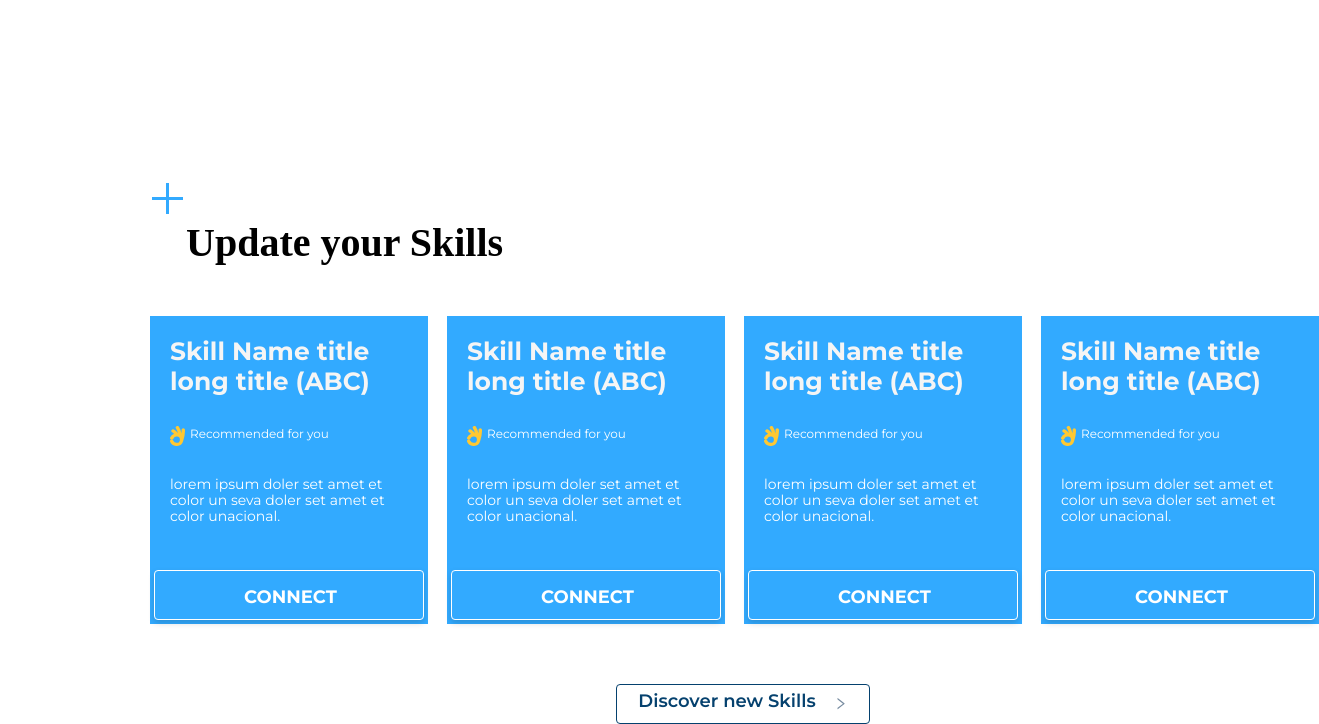
Repository: shekharyadav638/OSL_Assignment_1
Page: index.html
An editor plug-in stored every save of this project. The page is shown before and after the next save, followed by the edit.
The browser window is 1280 px wide. The page is 1319 px wide, so the pictures cover 1319 px, including what lies to the right of the window. The pictures show the whole page.
The style sheet was rebuilt from its Sass, Less or Tailwind sources for each picture, by a compiler version that may differ from the author's.

Above is the page before, as saved 2024-07-14 21:28:01.

After the next save:
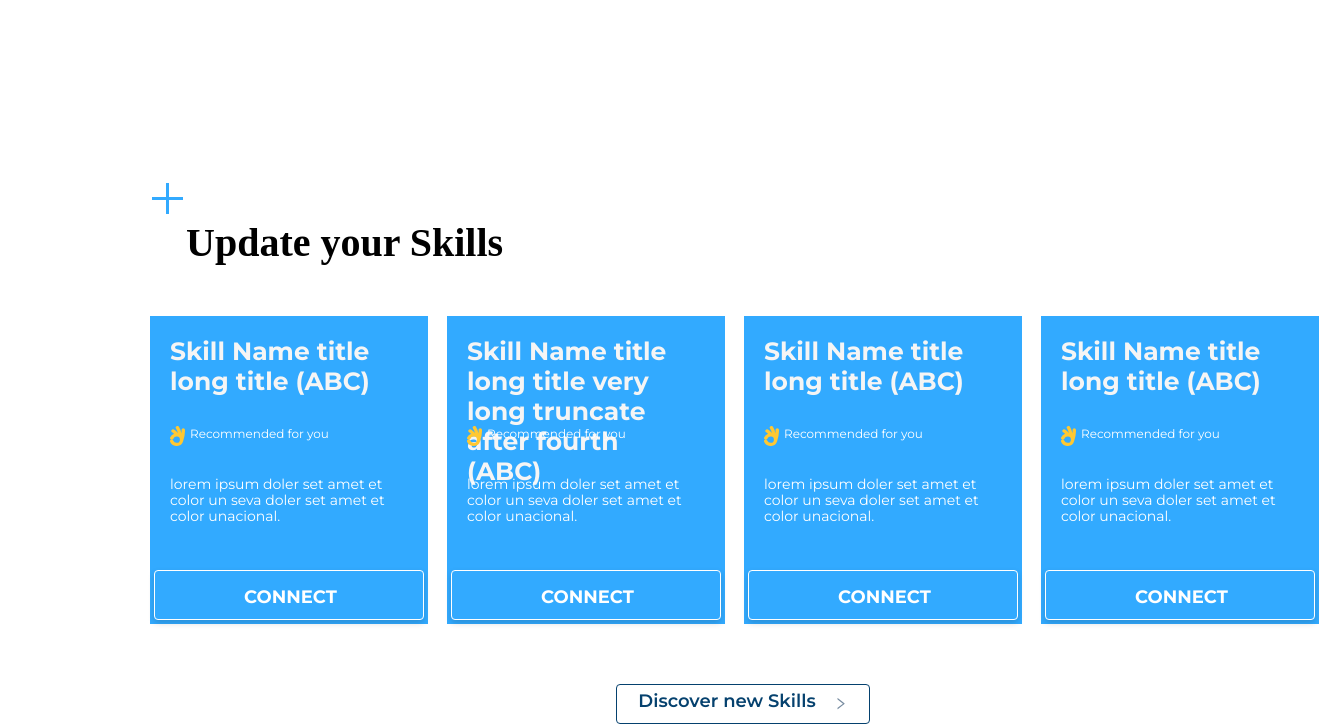
Saved 57 s later.
--- a/index.html
+++ b/index.html
@@ -215,7 +215,7 @@
           <button class="skills_body_item_btn">CONNECT</button>
         </div>
         <div class="skills_body_item">
-          <div class="skills_body_item_title">Skill Name title long title (ABC)</div>
+          <div class="skills_body_item_title">Skill Name title long title very long truncate after fourth (ABC)</div>
           <div class="skills_body_item_mid">
             <img src="img/path_7.svg" alt="member" class="group_body_item_mid_img"></img>
             <div class="skills_body_item_mid_text"><span>Recommended for you</span></div>

After the 2 saves that followed:
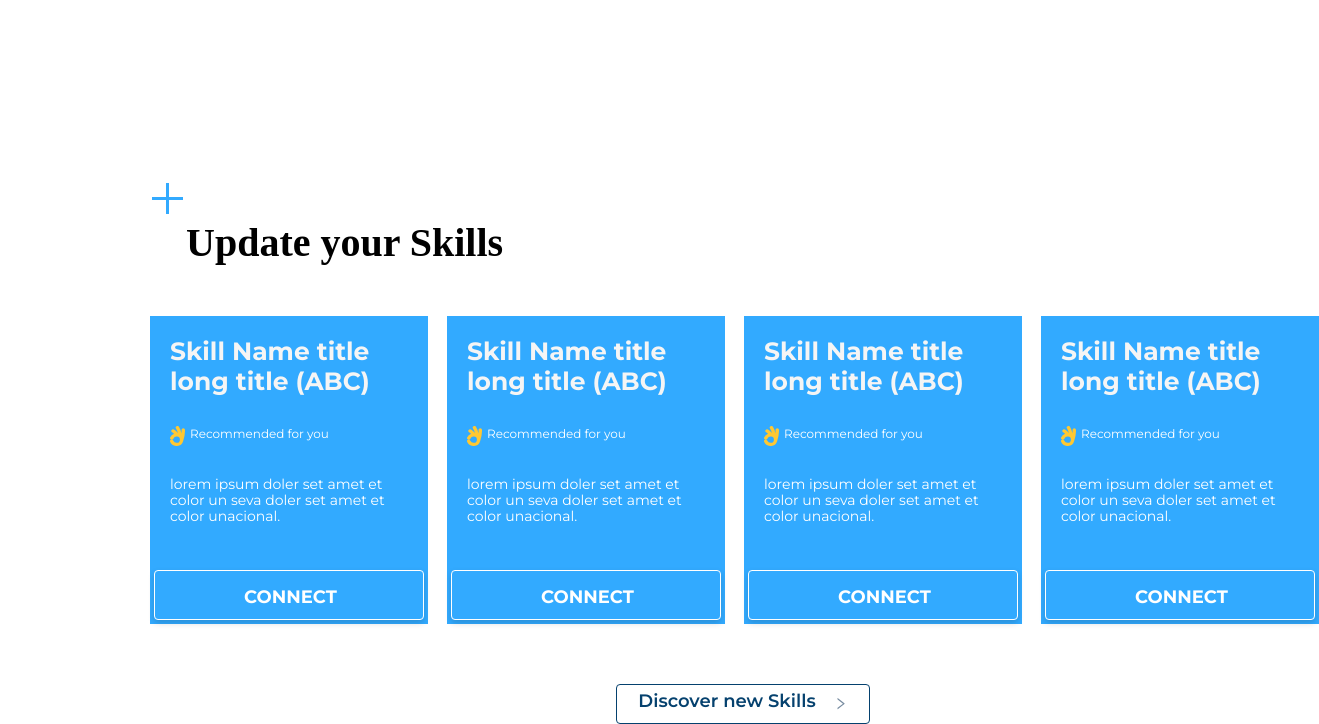
The 2 saves are shown as one change because 1 left the picture as it was.
The last was saved 93 s later.
--- a/index.html
+++ b/index.html
@@ -215,7 +215,7 @@
           <button class="skills_body_item_btn">CONNECT</button>
         </div>
         <div class="skills_body_item">
-          <div class="skills_body_item_title">Skill Name title long title very long truncate after fourth (ABC)</div>
+          <div class="skills_body_item_title">Skill Name title long title (ABC)</div>
           <div class="skills_body_item_mid">
             <img src="img/path_7.svg" alt="member" class="group_body_item_mid_img"></img>
             <div class="skills_body_item_mid_text"><span>Recommended for you</span></div>
--- a/_skills.scss
+++ b/_skills.scss
@@ -32,6 +32,8 @@
     &_item {
       background-color: #32aaff;
       padding-top: 20px;
+      display: flex;
+      flex-direction: column;
       &_title {
         padding-left: 20px;
         width: 207px;
